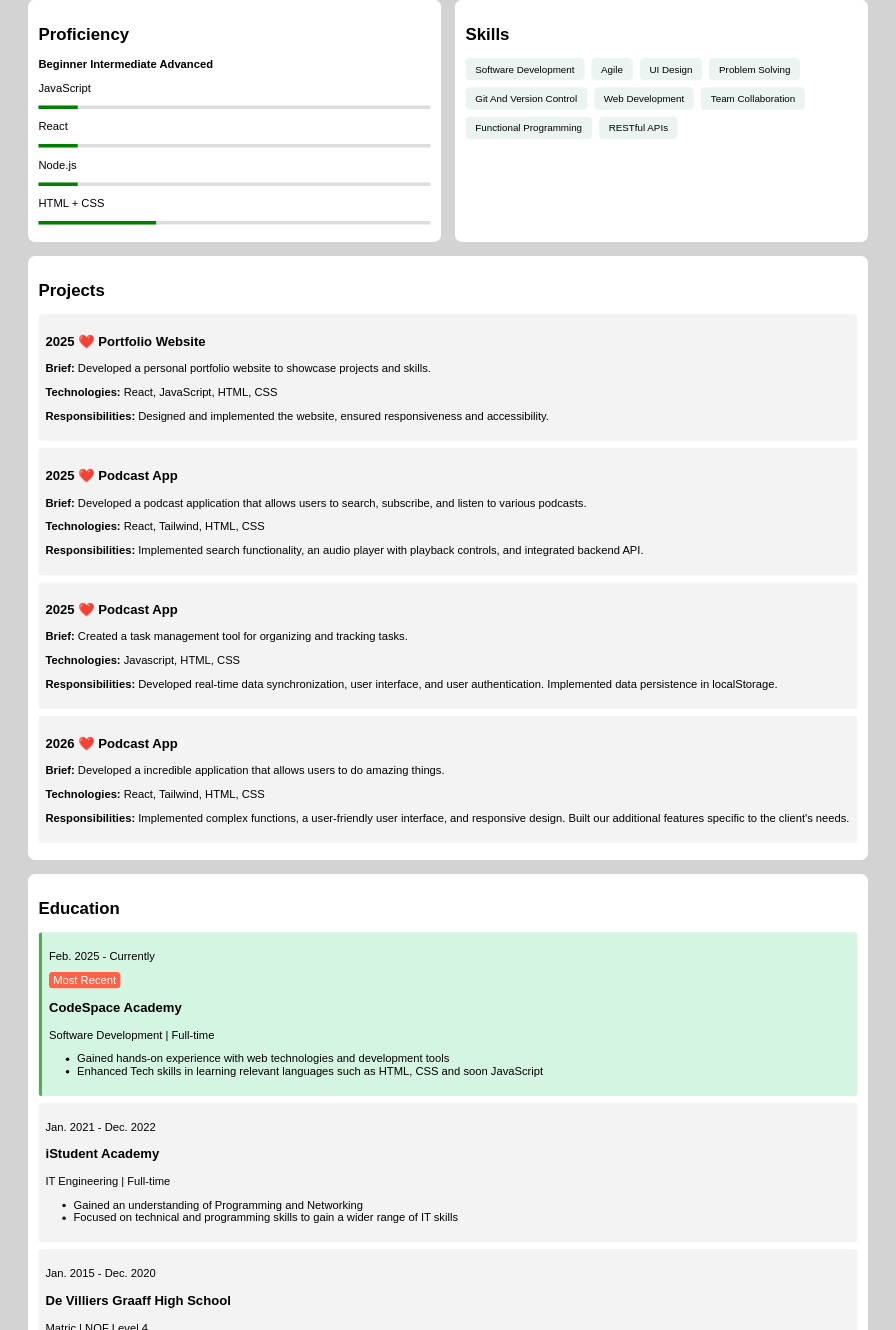
Repository: andajonas/ANDJON25111_fto2502_A2_AndaJonas_SDF_Portfolio_Piece
Page: index.html
The author's editor kept a copy of each file at every save. The page is drawn from the files as they stood at one save, then again after a run of saves.
The browser window is 1280 px wide. The pictures show the part of the page from y = 204 to 2104 px (the page is 3128 px tall), at 70% of full size.
A picture or video elsewhere on the page could not be fetched, so the positions and the page height are approximate.

Above is the page before, as saved 2025-04-03 19:20:58.

After the next 4 saves:
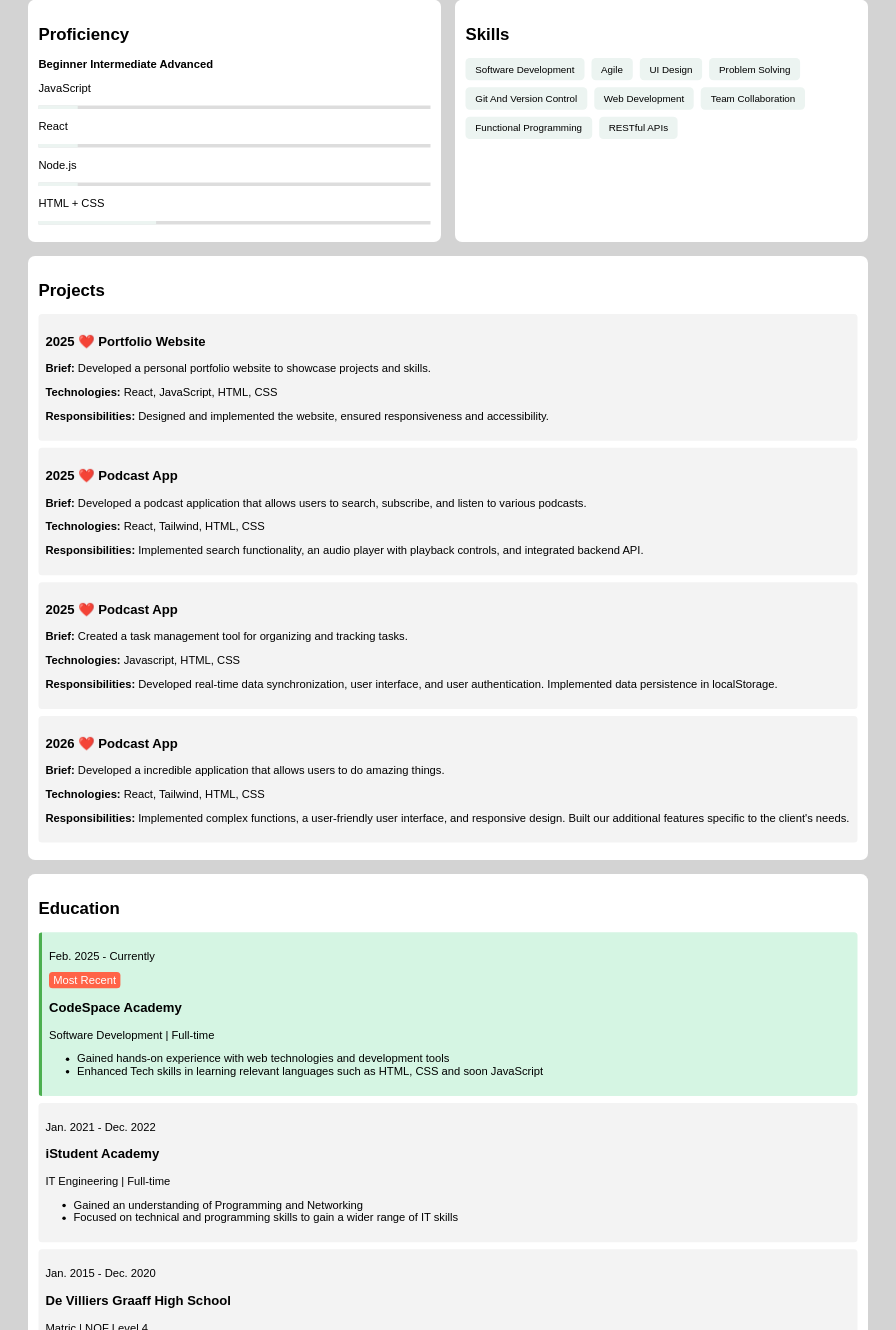
The 4 saves are shown as one change because they came seconds apart.
The last was saved 6 min 58 s later.
--- a/styles.css
+++ b/styles.css
@@ -54,7 +54,7 @@ body {
 
 .progress {
     height: 5px;
-    background: green;
+    background: #ecf4f1;
 }
 
 .skill-tags {
